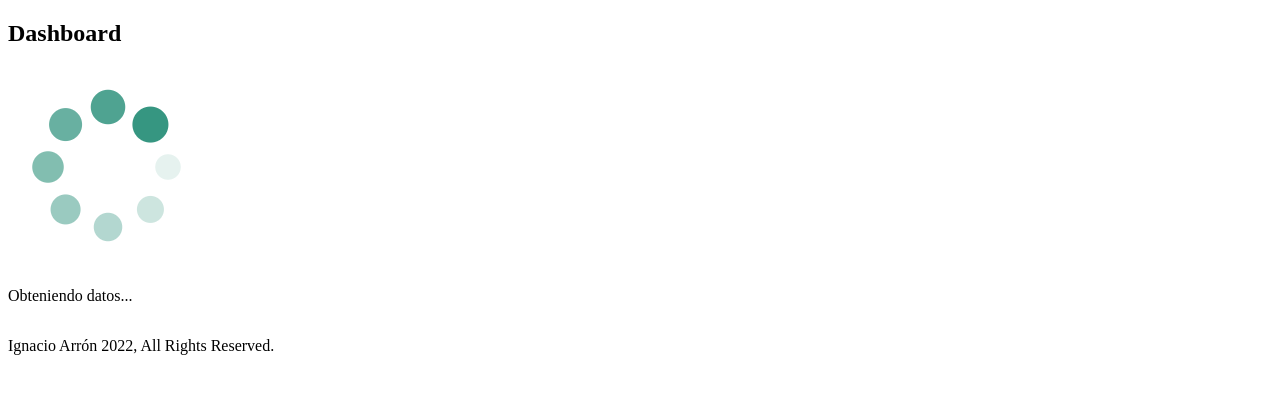
Repository: Divineridh/lppa-parcial2
Page: dashboard.html
The author's editor kept a copy of each file at every save. The page is drawn from the files as they stood at one save, then again after the next save.
The browser window is 1280 px wide. The pictures show the whole page.

Above is the page before, as saved 2022-07-04 19:33:34.

### dashboard.html
<!DOCTYPE html>
<html lang="en">
<head>
    <meta charset="UTF-8">
    <meta http-equiv="X-UA-Compatible" content="IE=edge">
    <meta name="viewport" content="width=device-width, initial-scale=1.0">
    <link rel="stylesheet" href="/styles/dashboard.css">
    <script src="/scripts/dashboard.js"></script>
    <title>Dashboard</title>
</head>
<body>
    <header></header>
    <h2>Dashboard</h2>
    <div class="table-container">
        <img class="gif hidden" src="images/loading.gif" alt="loading logo">
        <p class="text hidden">Obteniendo datos...</p>
        <table id="table">
            <thead id="encabezado"></thead>
            <tbody id="contenido"></tbody>
        </table>
    </div>
    <footer>
        <p>
            Ignacio Arrón 2022, All Rights Reserved.
        </p>
    </footer>
</body>
</html>

Loaded but not shown: styles/reset.css (common file); styles/dashboard.css (no stored copy; drawn as an empty file); scripts/dashboard.js (no stored copy; drawn as an empty file)

After the next save:
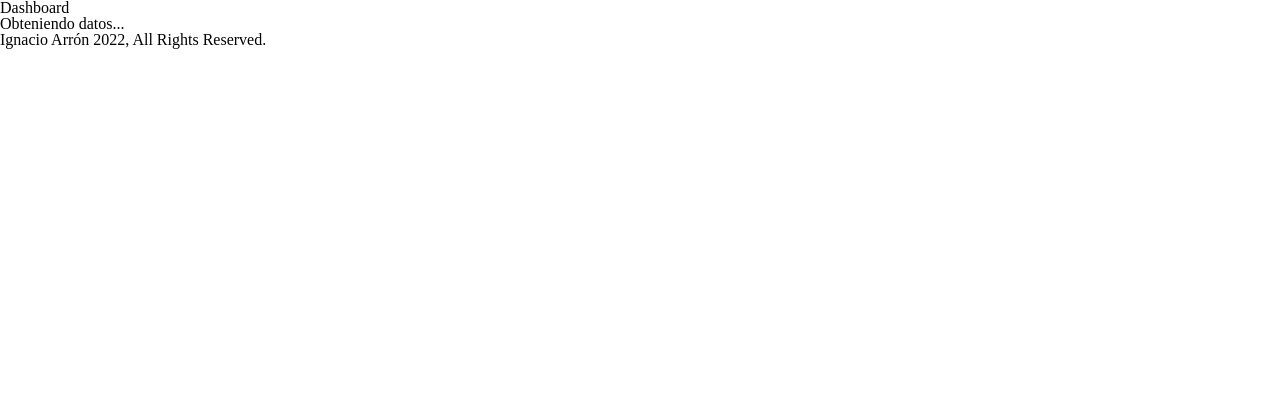
Saved 49 min 12 s later.
--- a/dashboard.html
+++ b/dashboard.html
@@ -4,7 +4,9 @@
     <meta charset="UTF-8">
     <meta http-equiv="X-UA-Compatible" content="IE=edge">
     <meta name="viewport" content="width=device-width, initial-scale=1.0">
+    <link rel="stylesheet" href="styles/reset.css">
     <link rel="stylesheet" href="/styles/dashboard.css">
+    <link rel="shortcut icon" href="images/favicon.ico" type="image/x-icon">
     <script src="/scripts/dashboard.js"></script>
     <title>Dashboard</title>
 </head>
@@ -12,7 +14,6 @@
     <header></header>
     <h2>Dashboard</h2>
     <div class="table-container">
-        <img class="gif hidden" src="images/loading.gif" alt="loading logo">
         <p class="text hidden">Obteniendo datos...</p>
         <table id="table">
             <thead id="encabezado"></thead>
